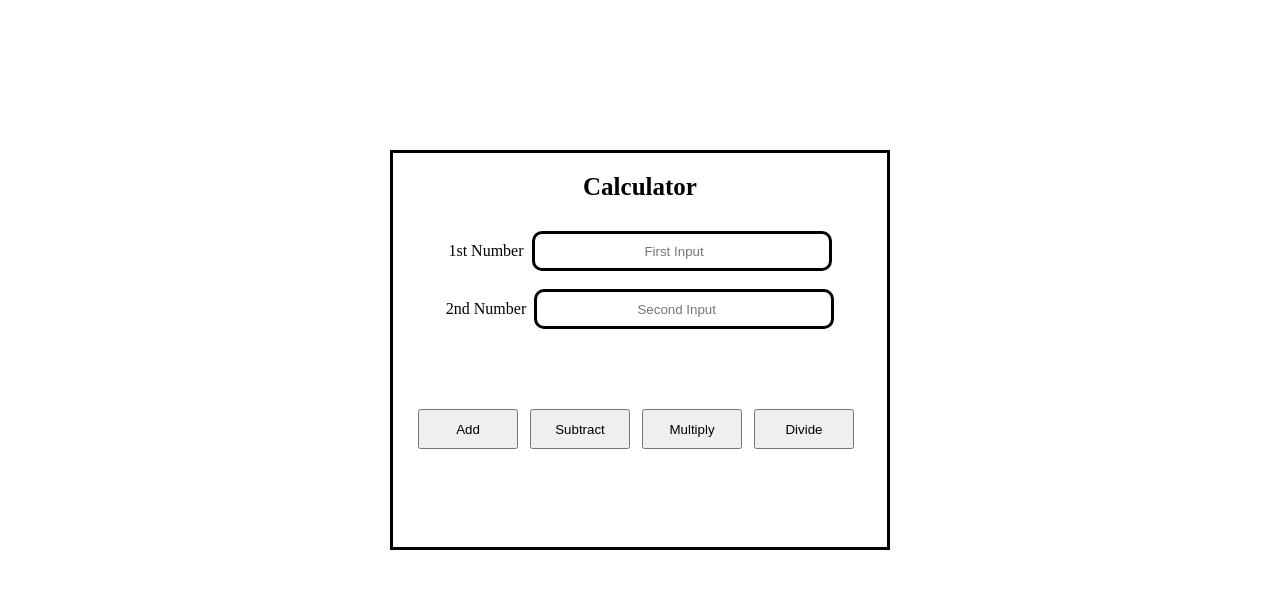
Repository: Shreyash1107/Intern_Projects
Page: Calculator/src/main/webapp/Calculator.html
These files come from the project's save history. The page is drawn as it stood at one moment and after the next save; the edit follows.
The browser window is 1280 px wide. The pictures show the whole page.

Above is the page before, as saved 2024-07-03 10:46:34.

After the next save:
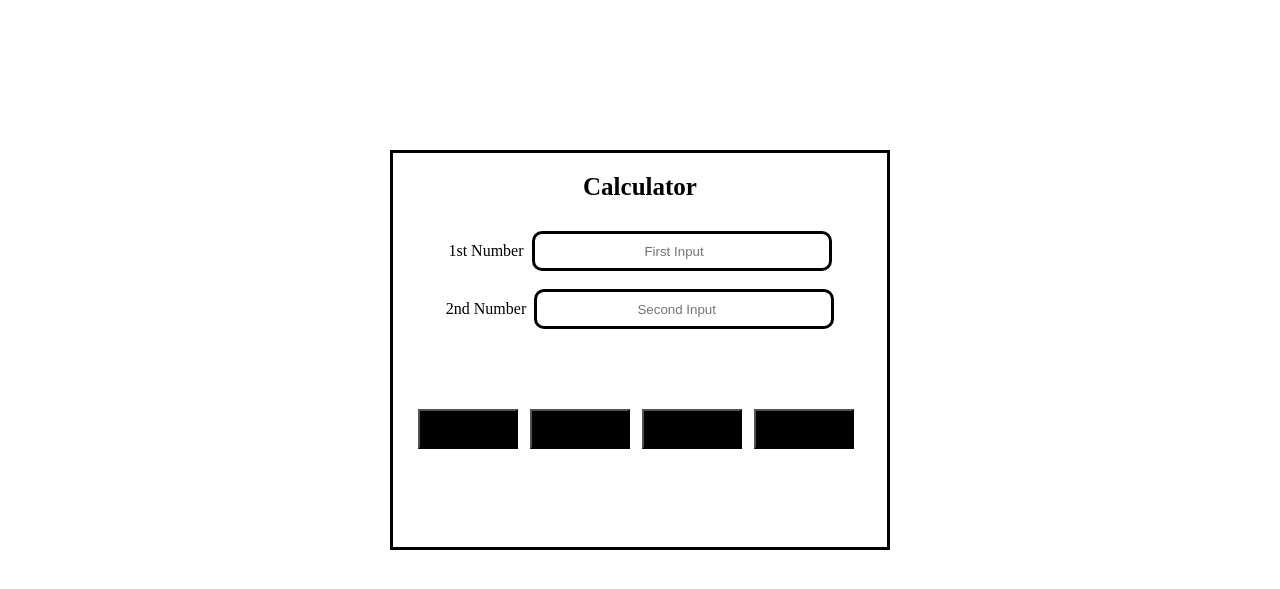
Saved 9 s later.
--- a/Calculator/src/main/webapp/style.css
+++ b/Calculator/src/main/webapp/style.css
@@ -42,7 +42,7 @@ input[type="number"]::placeholder
 }
 input[type="submit"]
 {
-	background-color: ;
+	background-color: black;
 	width: 100px;
 	height: 40px;
 }
